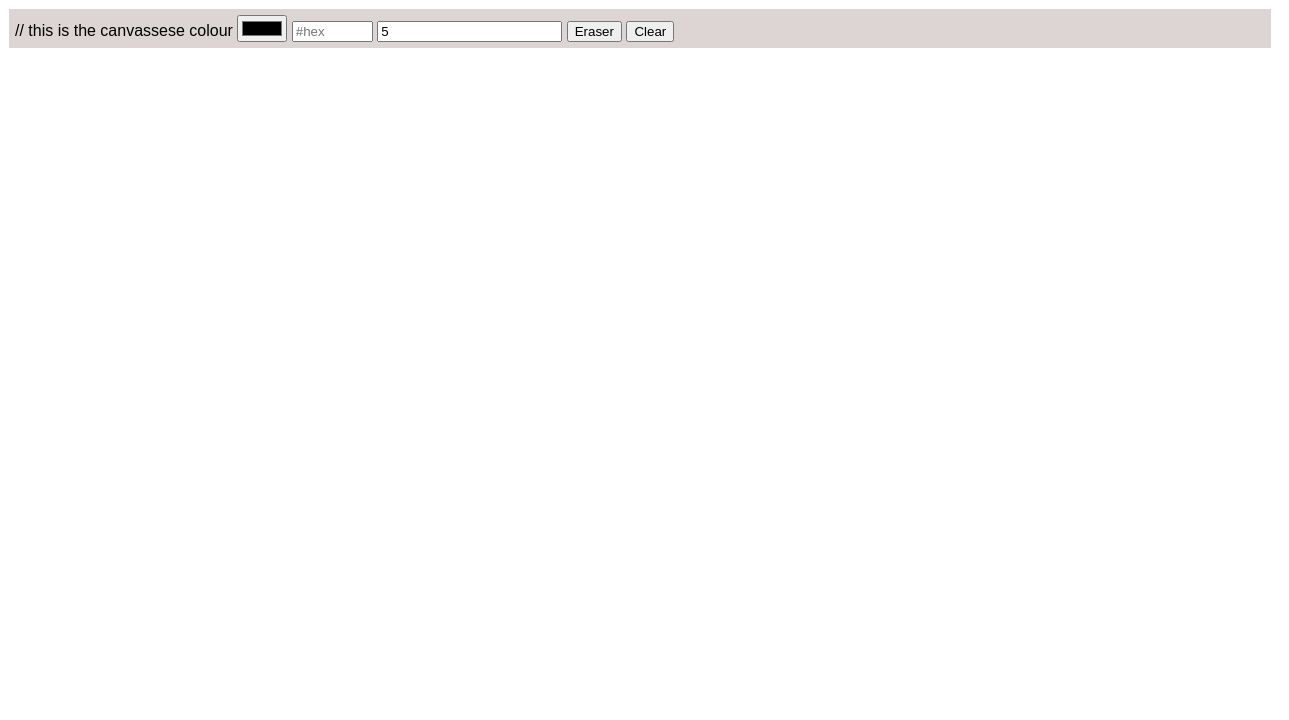
Repository: manayparikh1/CanColour
Page: index.html
The author's editor kept a copy of each file at every save. The page is drawn from the files as they stood at one save, then again after the next save.
The browser window is 1280 px wide. The page is 1280 px wide, then 1289 px, so the pictures cover 1289 px, including what lies to the right of the window. The pictures show the whole page.

Above is the page before, as saved 2026-10-08 11:36:13.

After the next save:
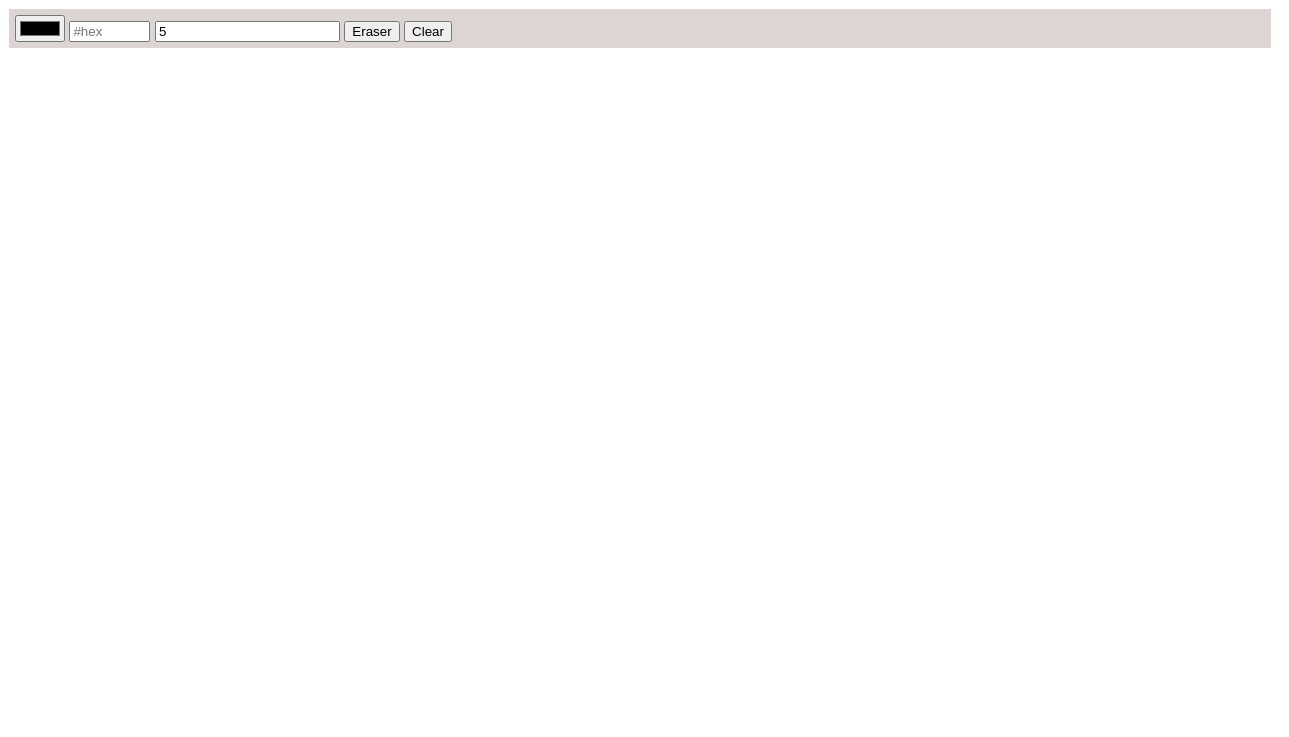
Saved 4 min 38 s later.
--- a/index.html
+++ b/index.html
@@ -1,6 +1,6 @@
 <body style="margin:9;
 font: 16px Arial, sans-serif;">
-    <div style="padding:6px;background: #ddd4d4"> // this is the canvassese colour
+    <div style="padding:6px;background: #ddd4d4">
         <input type=color id=col valeu="#000000">
         <input id="hex" placeholder="#hex" size=7>
 
@@ -29,3 +29,16 @@ font: 16px Arial, sans-serif;">
             ctx.stroke();
         };
         onpointerup = function () { drawing = false; };
+        clear.onclick = function () { ctx.clearRect(0, 0, c.width, c.height); };
+        hex.oninput = function () {
+            if (/^#[0-9a-f]{6}$/i.test(hex.value)) col.value = hex.value;
+        };
+
+        col.oninput = function () { hex.value = col.value; };
+
+
+
+
+
+    </script>
+</body>
